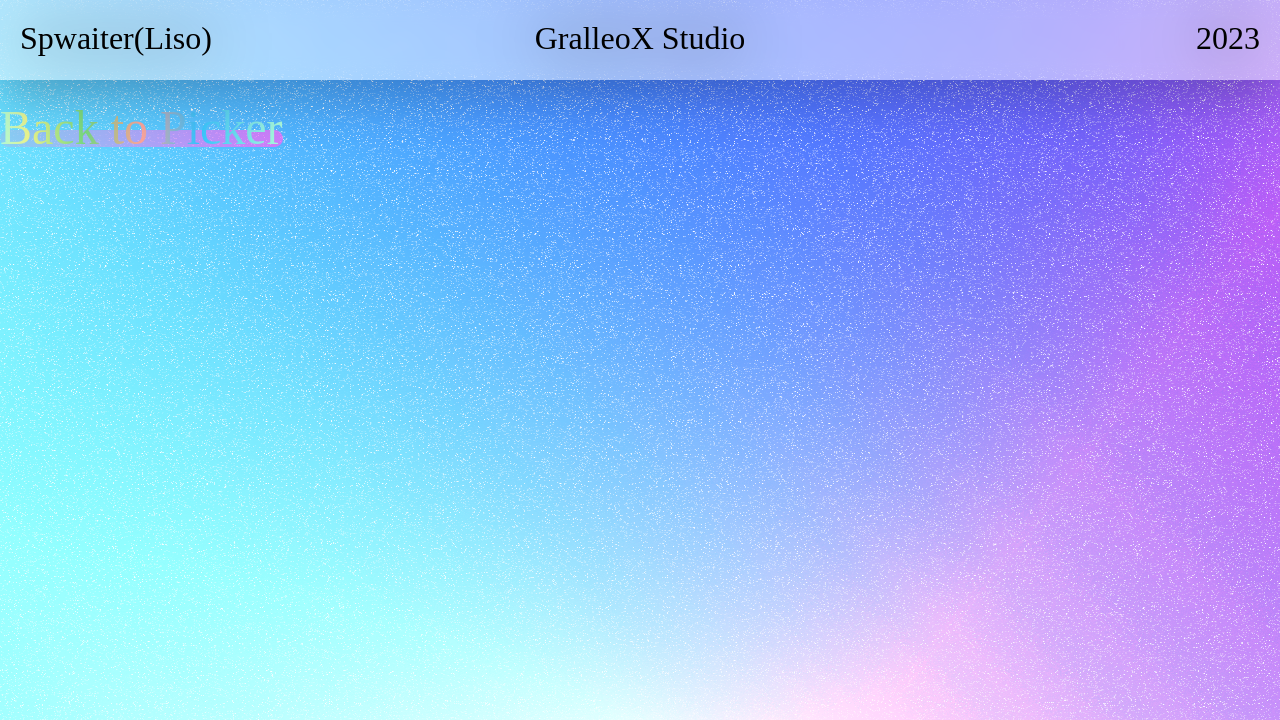
Repository: Lisu-Liso/page
Page: English/English03.html
These files come from the project's save history. The page is drawn as it stood at one moment and after the next save; the edit follows.
The browser window is 1280 px wide. The pictures show the whole page.
The page's requests for data from a server got no answer.

Above is the page before, as saved 2024-03-23 18:29:38.

### English/English03.html
<!DOCTYPE html>
<html lang="en">
<head>
    <meta charset="UTF-8">
    <title>GralleoX Studio - English Media</title>
    <link rel="stylesheet" type="text/css" href="./header.css">
    <link rel="shortcut icon" href="./GralleoX logo v2 web.ico">
    <style>
        body{
            overflow        : scroll;
            background-color: white;
            top             : 0;
            bottom          : 0;
            left            : 0;
            right           : 0;
            margin-top      : 100px;
            margin-bottom   : 0;
            margin-left     : 0;
            margin-right    : 0;
            user-select     : none;
        }
        @keyframes gradientBG {
            0% {
                background-position: 0% 50%;
            }
            50% {
                background-position: 100% 50%;
            }
            100% {
                background-position: 0% 50%;
            }
        }
        ::-webkit-scrollbar{display: none;}
        .getin_screen{
            position        : fixed;
            top             : 0;
            bottom          : 0;
            left            : 0;
            right           : 0;
            background-color: rgba(0,0,0,0);
            color           : rgba(0,0,0,0);
            animation       : getinanimation 4s ease-in-out;
            text-align      : center;
            display         : table-cell;
        }
        @keyframes getinanimation{
            0% {
                background-color       : rgba(255,255,255,1);
                color                  : black;
                backdrop-filter        : blur(15px);
                -webkit-backdrop-filter: blur(15px);
            }
            40% {
                background-color       : rgba(255,255,255,0.5);
                color                  : black;
                backdrop-filter        : blur(15px);
                -webkit-backdrop-filter: blur(15px);
            }
            70% {
                background-color       : rgba(255,255,255,0.5);
                color                  : black;
                backdrop-filter        : blur(15px);
                -webkit-backdrop-filter: blur(15px);
            }
            100% {
                background-color       : rgba(0,0,0,0);
                color                  : rgba(0,0,0,0);
                backdrop-filter        : blur(0px);
                -webkit-backdrop-filter: blur(0px);
            }
        }
        .join_block{
            position               : fixed;
            top                    : 100px;
            left                   : 100px;
            right                  : 100px;
            bottom                 : 100px;
            margin-top             : 10px;
            margin-left            : 10px;
            margin-right           : 10px;
            margin-bottom          : 10px;
            background-color       : rgba(255,255,255,0.5);
            backdrop-filter        : blur(15px);
            -webkit-backdrop-filter: blur(15px);
            border-radius          : 100px;
            box-shadow             : 0 20px 50px rgba(0,0,0,0.2);
        }
        @keyframes blockout{
            0% {
                background-color       : rgba(255,255,255,0);
                backdrop-filter        : blur(0px);
                -webkit-backdrop-filter: blur(0px);
                box-shadow             : 0 20px 50px rgba(0,0,0,0);
                opacity                : 0;
            }
            100% {
                background-color       : rgba(255,255,255,0.5);
                backdrop-filter        : blur(15px);
                -webkit-backdrop-filter: blur(15px);
                box-shadow             : 0 20px 50px rgba(0,0,0,0.2);
                opacity                : 1;
            }
        }
        .header-float{
            position: fixed;
            top     : 0;
            left    : 0;
            right   : 0;
            width   : 100%;
        }
        .transitionblock{
            position               : fixed;
            top                    : 0;
            left                   : 0;
            right                  : 0;
            bottom                 : 0;
            margin-top             : 0;
            margin-left            : 0;
            margin-right           : 0;
            margin-bottom          : 0;
            backdrop-filter        : blur(15px);
            -webkit-backdrop-filter: blur(15px);
            background-color       : rgba(255,255,255,1);
        }
        @keyframes boardout{
            0% {
                background-color       : rgba(0,0,0,0);
                color                  : rgba(0,0,0,0);
                backdrop-filter        : blur(0px);
                -webkit-backdrop-filter: blur(0px);
            }
            100% {
                background-color       : rgba(255,255,255,1);
                color                  : black;
                backdrop-filter        : blur(15px);
                -webkit-backdrop-filter: blur(15px);
            }
        }
        .newbutton{
            background   : linear-gradient(75deg,rgba(145, 202, 240, 0.75),rgba(248, 102, 248, 0.75));
            border-radius: 20px;
            text-align   : center;
            cursor       : pointer;
        }
        :root {
            --rainbow-gradient: linear-gradient(-90deg,#adfbda 0,#35c3ff 30%,#fda399 50%,#76d880 70%,#ebf38b 90%,#adfbda 100%);
        }
        .article-header--title {
            background-image       : var(--rainbow-gradient,#fff);
            background-size        : 100%;
            background-repeat      : repeat;
            background-clip        : text;
            -webkit-background-clip: text;
            -webkit-text-fill-color: transparent;
            -moz-background-clip   : text;
            -moz-text-fill-color   : transparent;
            filter                 : drop-shadow(0 0 2rpx #000);
            text-shadow            : none!important;
            cursor                 : pointer;
        }
        a{
            text-decoration: none;
        }
        font{
            cursor : default;
        }
        .backgroundimage{
            position: fixed;
            top     : 0;
            left    : 0;
            right   : 0;
            width   : 100%;
            height  : 100%;
            z-index: -1;
        }
    </style>
</head>
<body>
    <img class="backgroundimage" src="./background.png">
    <a class="newbutton" onclick="backtopicker()"><font class="article-header--title" size="7">Back to Picker</font></a>
    <br>
    <div id="controller"></div>
    <div class="headerblock">
        <div class="centertext"><font size="6">GralleoX Studio</font></div>
        <div class="lefttext"><font size="6">Spwaiter(Liso)</font></div>
        <div class="righttext"><font size="6">2023</font></div>
    </div>
    <div class="getin_screen" id="getin">
        <font size="7" id="getintext">The website is loading, please wait...</font>
    </div>
    <div class="transitionblock" id="bb"></div>
    <script>
        let t = document.getElementById('bb');
        t.style.display = "none";
        setTimeout(function(){
            let t = document.getElementById("getintext");
            t.innerHTML = "Website loading competed, about to enter.";
            setTimeout(function(){
                    let t = document.getElementById("getin");
                    t.style.display = "none";
                },2000);
        },2000);
        const mediaPlayer = document.getElementById("media-player");
        const controlBar = document.getElementById("control-bar");
        const playPauseButton = document.getElementById('play-pause-button');
        const seekBar = document.getElementById('seek-bar');

        function showMediaFiles() {
            const folderPath = "English/03"; // 文件夹路径

            fetch("https://api.github.com/repos/Lisu-Liso/page/contents/" + folderPath+"?ref=master")
            .then(response => response.json())
            .then(data => {
                const mp3Files = data.filter(item => item.type === "file" && item.name.endsWith(".mp3"));

                mp3Files.forEach(file => {
                    const fileName = file.name;
                    const fileURL = "./03/"+file.name;

                    var audio = document.createElement('audio');
                    audio.controls = true;
                    console.log(fileURL);
                    audio.src = fileURL;
                    // document.body.appendChild(document.createElement('br'));
                    var title = document.createElement('font');
                    title.innerHTML = fileName;
                    //TODO:
                    // title.style.background = "linear-gradient(75deg,rgba(145, 202, 240, 0.75),rgba(248, 102, 248, 0.75))"；
                    // title.style.borderRadius = '20px';
                    // title.style.textAlign = 'center';
                    // title.style.cursor = 'pointer';
                    // document.body.appendChild(title);
                    var divname=document.getElementById('controller');
                    divname.appendChild(document.createElement('br'));
                    divname.appendChild(title);
                    divname.appendChild(audio);
                    // document.body.appendChild(audio);
                })
            })
            .catch(error => {
                console.error('Error fetching media files:', error);
            });
        };
        function backtopicker(){
            console.log("clickbutton");
            let t = document.getElementById("bb");
            t.style.display = "block";
            t.style.animation = "boardout 1s ease-in-out";
            setTimeout(function(){
                console.log("./English.html");
                location.href = "./English.html";
            },1000);
        }
        showMediaFiles();
    </script>
</body>
</html>

### English/header.css
.headerblock{
    position               : fixed;
    top                    : 0px;
    left                   : 0px;
    right                  : 0px;
    margin-top             : 0px;
    margin-left            : 0px;
    margin-right           : 0px;
    width                  : 100%;
    height                 : 80px;
    background-color       : rgba(255,255,255,0.5);
    backdrop-filter        : blur(10px);
    -webkit-backdrop-filter: blur(10px);
    box-shadow             : 0 20px 50px rgba(0,0,0,0.2);
    align-items            : center;
}
.centertext{
    position    : fixed;
    top         : 0;
    left        : 0;
    right       : 0;
    margin-top  : 20px;
    margin-left : 20px;
    margin-right: 20px;
    text-align  : center;
    filter      : drop-shadow(0 0 2rem #000);
    text-shadow : none!important;
    color       : black;
}
.lefttext{
    position    : fixed;
    top         : 0;
    left        : 0;
    right       : 0;
    margin-top  : 20px;
    margin-left : 20px;
    margin-right: 20px;
    text-align  : left;
    filter      : drop-shadow(0 0 2rem #000);
    text-shadow : none!important;
    color       : black;
}
.righttext{
    position    : fixed;
    top         : 0;
    left        : 0;
    right       : 0;
    margin-top  : 20px;
    margin-left : 20px;
    margin-right: 20px;
    text-align  : right;
    filter      : drop-shadow(0 0 2rem #000);
    text-shadow : none!important;
    color       : black;
}

After the next save:
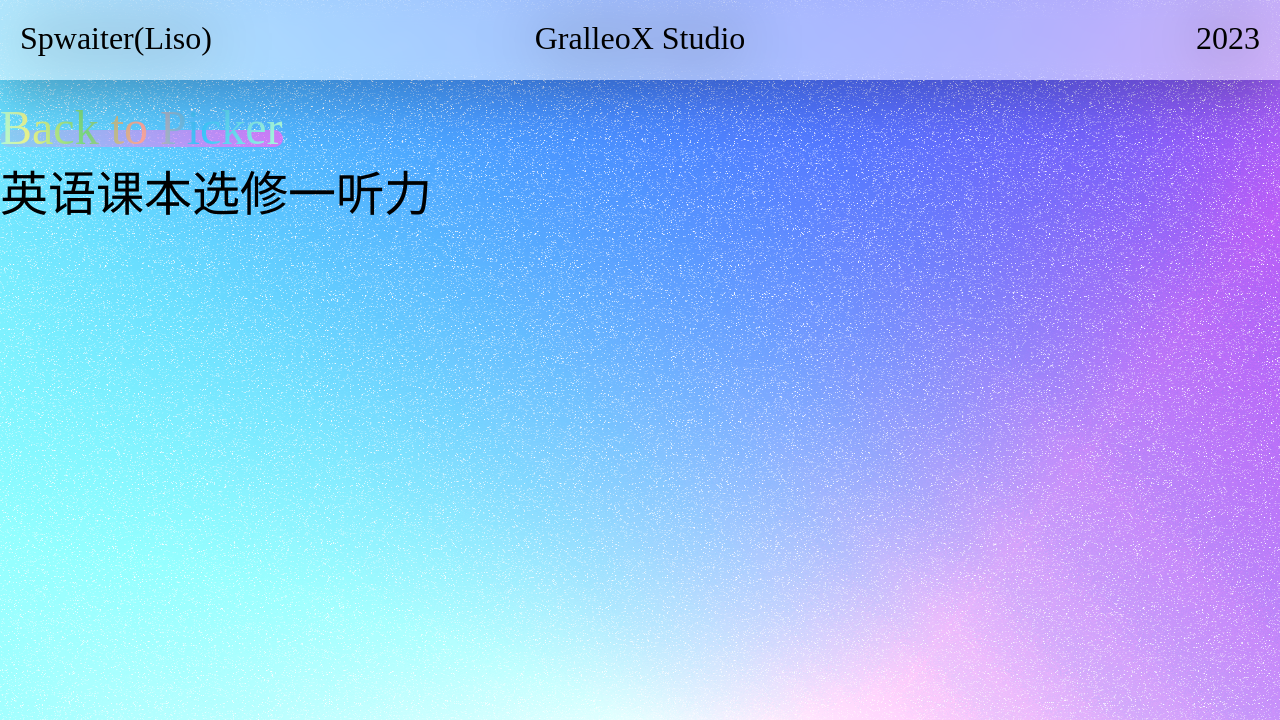
Saved 16 s later.
--- a/English/English03.html
+++ b/English/English03.html
@@ -179,7 +179,9 @@
     <img class="backgroundimage" src="./background.png">
     <a class="newbutton" onclick="backtopicker()"><font class="article-header--title" size="7">Back to Picker</font></a>
     <br>
-    <div id="controller"></div>
+    <div id="controller">
+        <font size="7" color="black">英语课本选修一听力</font>
+    </div>
     <div class="headerblock">
         <div class="centertext"><font size="6">GralleoX Studio</font></div>
         <div class="lefttext"><font size="6">Spwaiter(Liso)</font></div>
